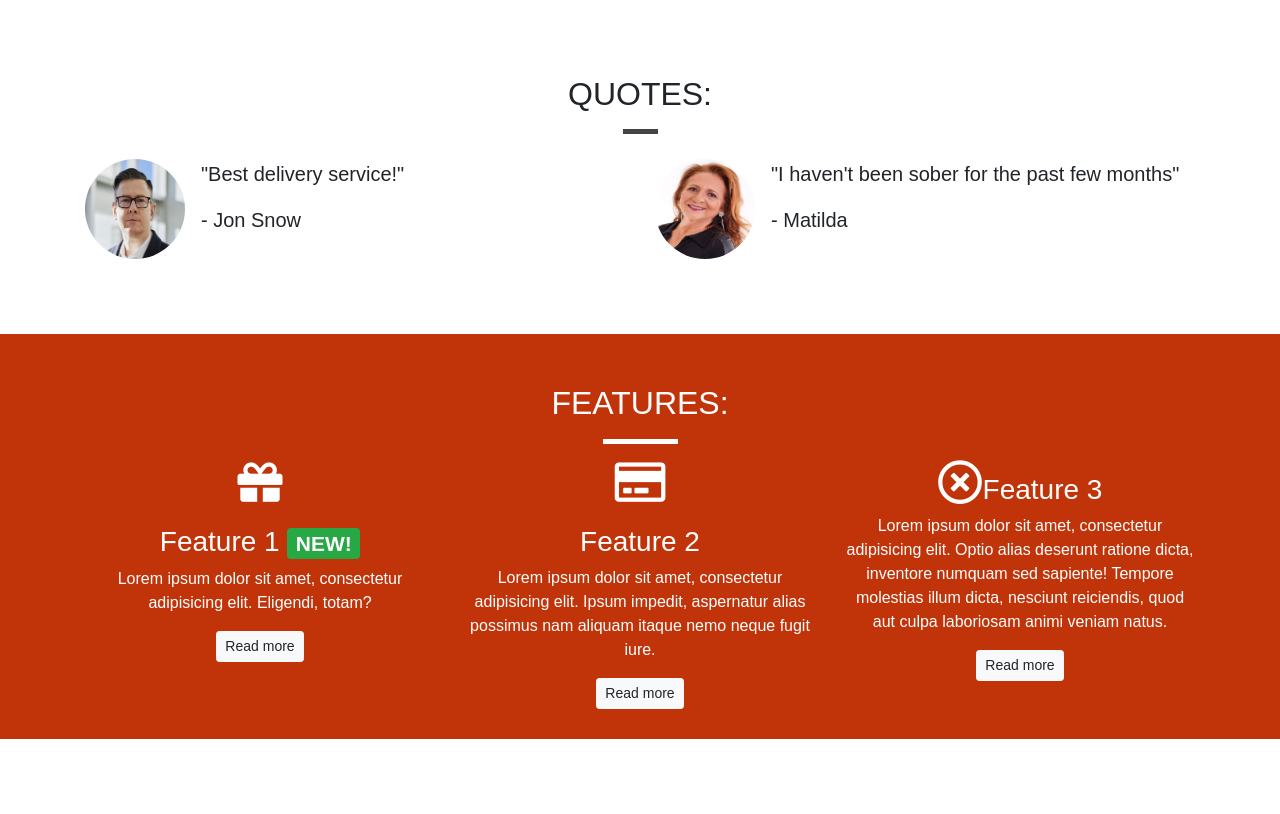
Repository: mkuti/Whiskey_website_using_Bootstrap
Page: index.html
The author's editor kept a record of every edit. The page is drawn from the files as they stood at one moment, then again after the next edit.
The browser window is 1280 px wide. The pictures show the part of the page from y = 720 to 1558 px (the page is 1534 px tall before and 1558 px after).
Backgrounds fixed to the window are drawn as part of the page. Some web fonts or font styles are not loaded; a fallback is used. Some web libraries are served in a nearby version.

Above is the page before.

After the next edit:
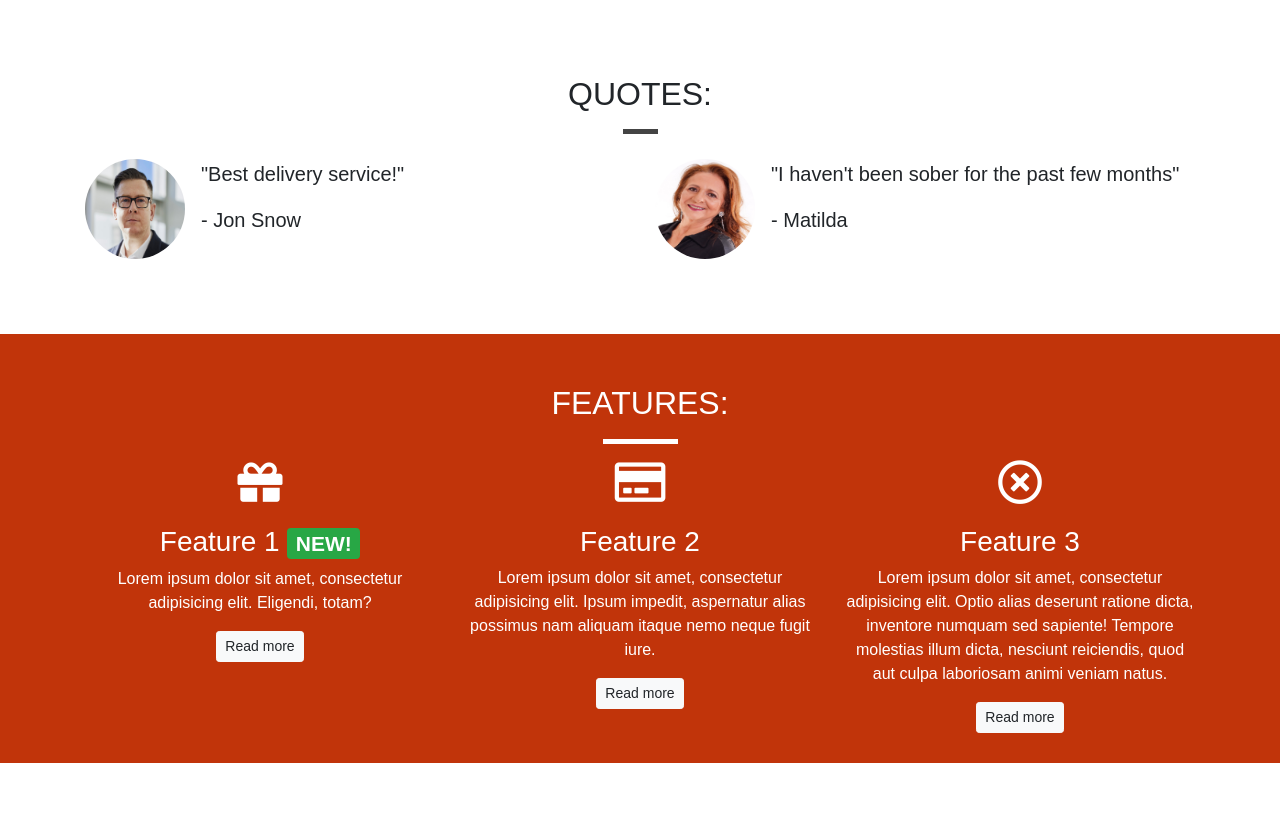
The edit:
--- a/index.html
+++ b/index.html
@@ -147,7 +147,7 @@
 
                     <div class="col-12 d-md-none d-lg-block col-lg-4">
                         <div class="feature">
-                            <h3><i class="far fa-times-circle d-none d-sm-inline"></i>Feature 3</h3>
+                            <h3><i class="far fa-times-circle d-none d-sm-block"></i>Feature 3</h3>
                             <p>Lorem ipsum dolor sit amet, consectetur adipisicing elit. Optio alias deserunt ratione dicta, inventore numquam sed sapiente! Tempore molestias illum dicta, nesciunt reiciendis, quod aut culpa laboriosam animi veniam natus.</p>
                             <p><a class="btn btn-sm btn-light" href="">Read more</a></p>
                         </div>
